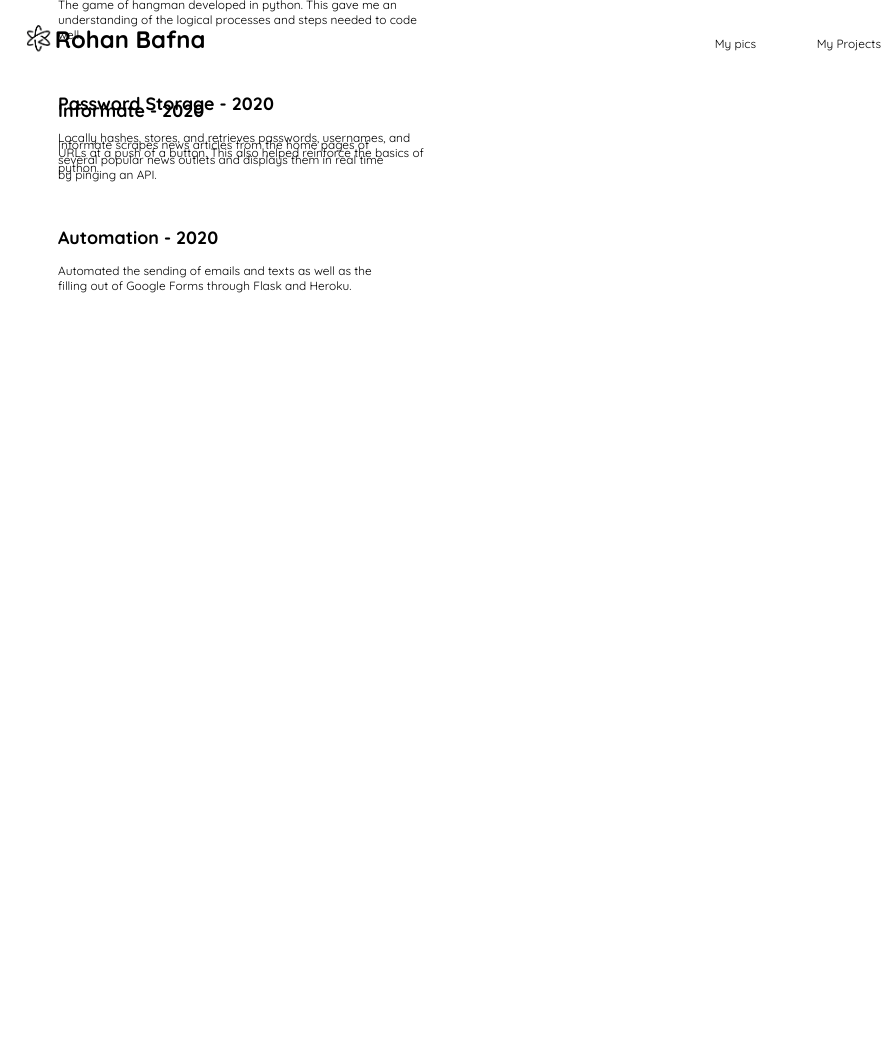
Repository: rbafna6507/rbafna6507.github.io
Page: projects.html
The author's editor kept a copy of each file at every save. The page is drawn from the files as they stood at one save, then again after the next save.
The browser window is 1280 px wide. The page is 1357 px wide, so the pictures cover 1357 px, including what lies to the right of the window. The pictures show the whole page, at 66% of full size.

Above is the page before, as saved 2020-12-18 18:38:20.

### projects.html
<!DOCTYPE HTML>
<html>
<head>
    <link rel="shortcut icon" type="image/png" href="circular actual atom logo.png"/>
    <title>my projects</title>
    <link href= "projects.css" type= "text/css" rel= "stylesheet">
    <link href="https://fonts.googleapis.com/css?family=Quicksand:400,700&display=swap" rel="stylesheet">
</head>
<body>
<div id= "navbar">
    <header class= "header">
        <div id="hi">
          <img id= "logo" src= "actual atom logo.png"></a>
          <a href= "index.html"><h1>Rohan Bafna</h1></a>
        </div>
        <div class= "leftsidelist">
            <ul>
                <a href= "pics.html"><li class= "about">My pics</li></a>
                <a href= "projects.html"><li class= "projects">My Projects</li></a>
            </ul>
        </div>
    </header>
</div>
<div id = "informate" class = "project">
    <h2>
        <strong>Informate - 2020</strong>
    </h2>
    <h4>Informate scrapes news articles from the home pages of <br>several popular news outlets and displays them in real time <br>by pinging an API.</h4>
</div>
<div>
    <img id = "informate_img" class = "imgs" src = "informate_pic.png">
</div>
<div id = "hangman" class = "project">
    <h2>Hangman in Python - 2020</h2>
    <h4>The game of hangman developed in python. This gave me an <br>understanding of the logical processes and steps needed to code <br>well.</h4>
</div>
<div>
    <img id = "hangman_img" class = "imgs" src = "hangman_pic.png">
</div>
<div id = "password" class = "project">
    <h2>Password Storage - 2020</h2>
    <h4>Locally hashes, stores, and retrieves passwords, usernames, and <br>URLs at a push of a button. This also helped reinforce the basics of<br>python.</h4>
</div>
<div>
    <img id = "password_img" class = "imgs" src = "password_pic.png">
</div>
<div id = "automation" class = "project">
    <h2>Automation - 2020</h2>
    <h4>Automated the sending of emails and texts as well as the <br>filling out of Google Forms through Flask and Heroku.</h4>
</div>
</body>
</html>

### projects.css
* {box-sizing:border-box}

li{
  display: inline;
  list-style-type: none;
  text-align: left;
  padding-left: 30px;
  font-size: 18px;
  font-weight: 36px;
  width: 150px;
  display: inline-block;
  position: relative;
  left: 970px;
  bottom: 60px;
}

ul{
  display: inline;
  margin: 10px 0px;
  padding: 0;
  text-align: center;
  position: relative;
}

.header {
  font-family: "quicksand";
  position: relative;
  left: 10px;
  bottom: 40px;
}

.leftsidelist {
  position: relative;
  top: 10px;
  left: 45px;
}

#logo {
    display: inline-block;
    width: 40px;
    height: 40px;
    position: relative;
    top: 70px;
    bottom: 400px;
  }

  h1 {

    padding-left: 50px;
    font-size: 36px;
    position: relative;
    right: 5px;
}
  .home {
    padding-bottom: 30px;
  }

  .about {
    padding-bottom: 30px;
  }

  #navbar {
    position: relative;
    left: 20px;
  }

  a:link {
    text-decoration: none;
    color: black;
  }

  a:visited {
    text-decoration: none;
    color: black;
  }

  a:hover {
    color: #ce321e
  }

  a:active {
    color: #ce321e
  }

  .project{
      display: inline;
      font-family: "quicksand";
      position: relative;
      font-weight: normal;
      left: 80px;
      padding-top: 5px;
      font-size: 18px;
  }

  #informate{
    position: relative;
    bottom: 70px;
  }

  #hangman{
    position: relative;
    bottom: 430px;
  }

  #password{
    position: relative;
    bottom: 780px;
  }

  #automation{
    position:relative;
    bottom: 1130px;
  }

  h4{
    display: inline;
    font-weight: normal;
  }

  .imgs{
    display: inline;
    position: relative;
    left: 400px;
    height: 400px;
    width: 500px;
    visibility: hidden;
  }

  #informate_img{
    position: relative;
    left: 740px;
    bottom: 90px;
    display: flex;
    position: fixed;
    z-index: -1;
    pointer-events: none;
    flex-direction: column;
    align-items: center;
    justify-content: center;
  }

  #hangman_img{
    position: relative;
    left: 740px;
    bottom:640px;
  }

  #password_img{
    position: relative;
    left: 740px;
    bottom: 1250px;
  }

  body:not(.mobile) #informate:hover + #informate_img {
    visibility: visible;
    pointer-events: none;
}

After the next save:
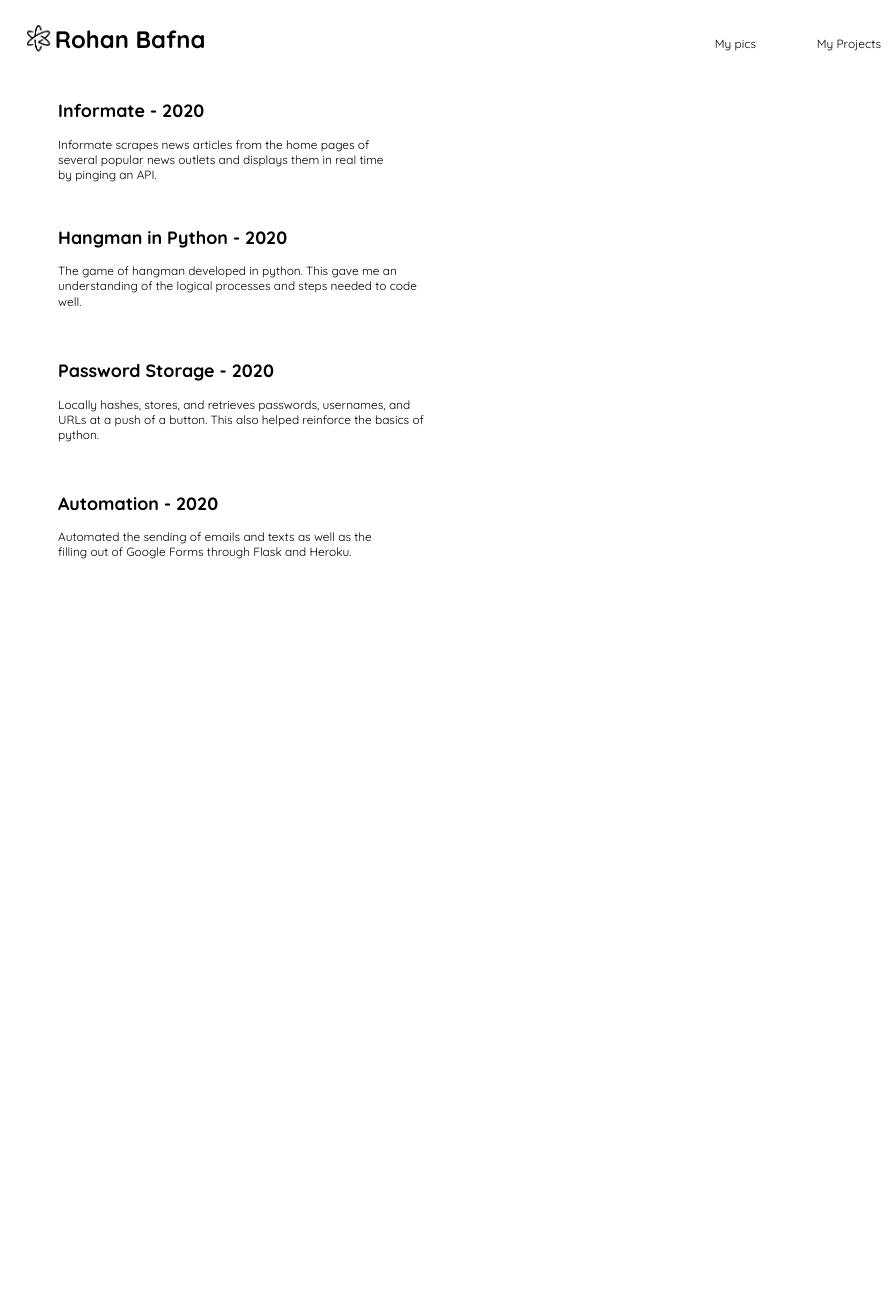
Saved 62 min 3 s later.
--- a/projects.css
+++ b/projects.css
@@ -130,13 +130,6 @@ ul{
     position: relative;
     left: 740px;
     bottom: 90px;
-    display: flex;
-    position: fixed;
-    z-index: -1;
-    pointer-events: none;
-    flex-direction: column;
-    align-items: center;
-    justify-content: center;
   }
 
   #hangman_img{
